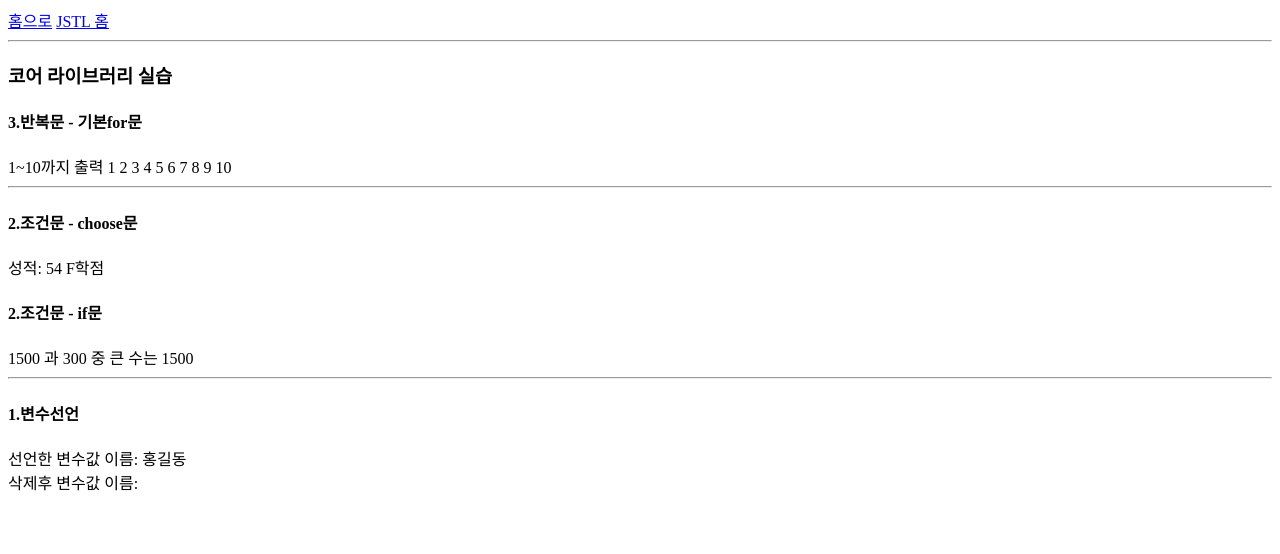
Repository: linklifejo/study_web
Page: http://localhost/servlet02/jstl/core.jsp
The author's editor kept a copy of each file at every save. The page is drawn from the files as they stood at one save, then again after the next save.
The browser window is 1280 px wide. The pictures show the whole page.
The page is served by Tomcat 9.

Above is the page before, as saved 2023-02-07 03:47:00.

After the next save:
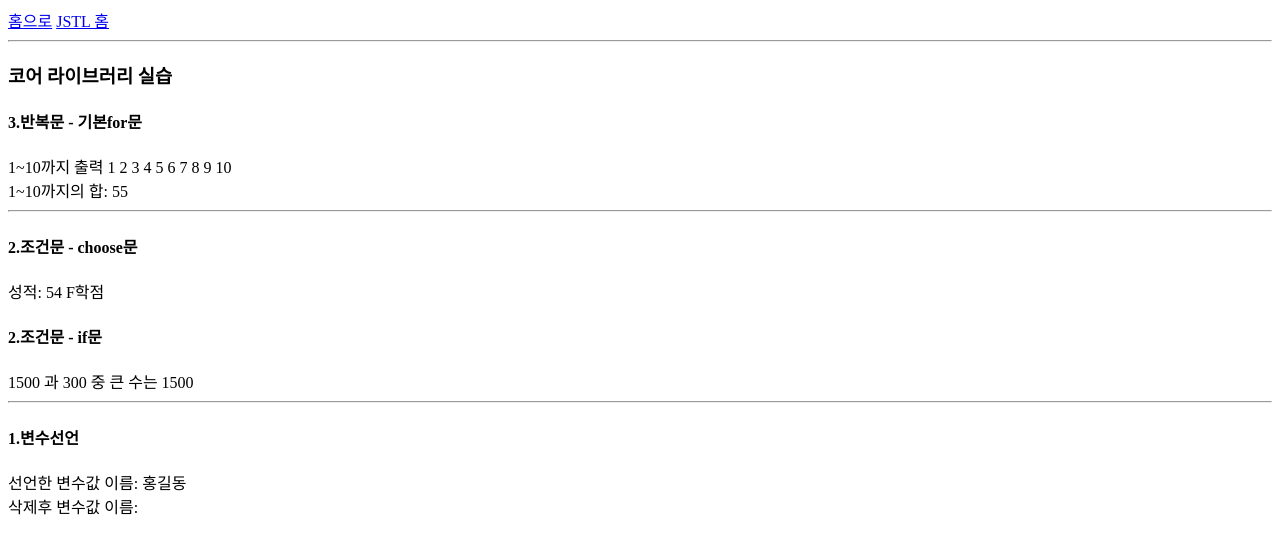
Saved 25 s later.
--- a/servlet02/src/main/webapp/jstl/core.jsp
+++ b/servlet02/src/main/webapp/jstl/core.jsp
@@ -20,6 +20,7 @@
 	<c:set var='sum' value='${ sum+no }'/>
 </c:forEach>
 </div>
+<div>1~10까지의 합: ${sum}</div>
 
 <hr>
 <h4>2.조건문 - choose문</h4>
